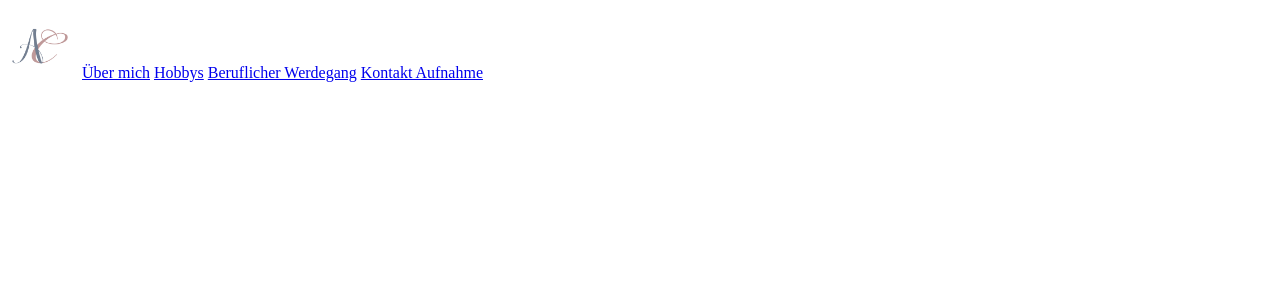
Repository: Ava-VictoriaCrivello/website
Page: index.html
These files come from the project's save history. The page is drawn as it stood at one moment and after the next save; the edit follows.
The browser window is 1280 px wide. The pictures show the whole page.

Above is the page before, as saved 2022-05-29 11:24:15.

### index.html
<!DOCTYPE html>
<html lang="en">
  <head>
    <meta charset="UTF-8" />
    <meta http-equiv="X-UA-Compatible" content="IE=edge" />
    <meta name="viewport" content="width=device-width, initial-scale=1.0" />
    <title>website</title>
    <link rel="stylesheet" href="style.css" />
  </head>
  <body>

    <header class="topnav">
        <div class="topnav">

            <div class="topnav">
                <label> <img src="logo.png"width="70px" alt="A und ein C"> </label>
                <a class="navigation" href="#Übermich">Über mich</a>
                <a href="#Hobbys">Hobbys</a>
                <a href="#Work">Beruflicher Werdegang</a>
                <a href="#Contact">Kontakt Aufnahme</a>
              </div>
          </div>
      </header>


</header>
  </body>
</html>

### style.css
header {
  flex: 1 100%;
  display: flex;
  flex-flow: row wrap;
}

After the next save:
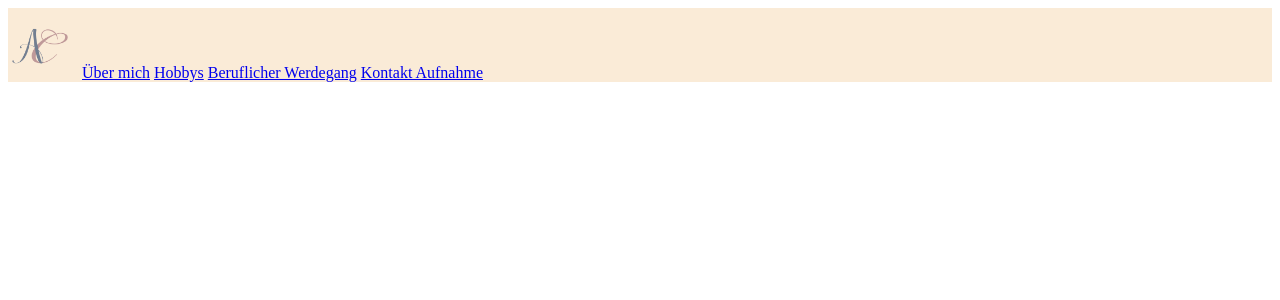
Saved 2 min 30 s later.
--- a/style.css
+++ b/style.css
@@ -1,5 +1,3 @@
 header {
-  flex: 1 100%;
-  display: flex;
-  flex-flow: row wrap;
+  background-color: antiquewhite;
 }
